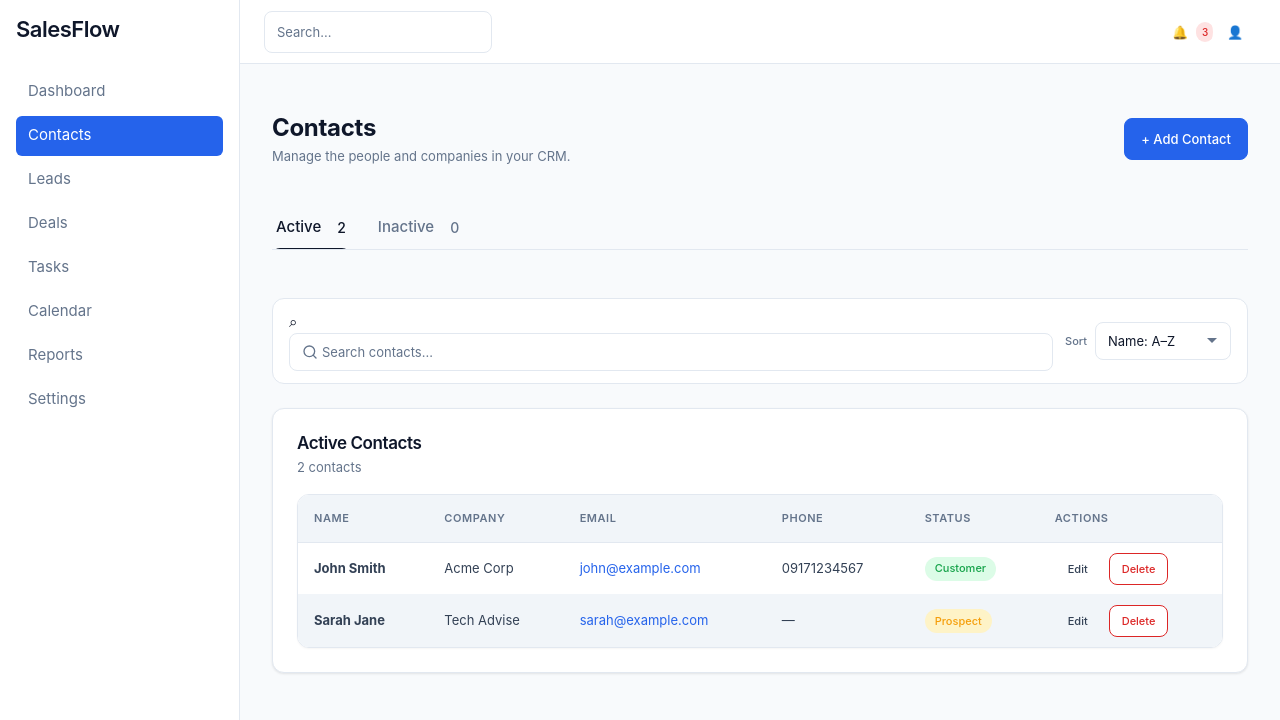
Repository: lawrencegonzaga-dev/salesflow-crm
Page: /contacts
These files come from the project's save history. The page is drawn as it stood at one moment and after the next save; the edit follows.
The browser window is 1280 px wide. The pictures show the whole page.
The project was rebuilt for these pictures with package versions that can differ from the ones it lists, and the page was loaded fresh each time. Also part of the build but not shown: vite.config.js, src/components/StatCard.jsx, src/components/DashboardLeads.jsx, src/components/DashboardDeals.jsx, src/components/DashboardTasks.jsx, src/components/RecentActivity.jsx, src/pages/Dashboard.jsx, src/components/ContactForm.jsx and 23 more.

Above is the page before, as saved 2026-08-18 16:22:51.

### index.html
<!doctype html>
<html lang="en">
  <head>
    <meta charset="UTF-8" />
    <link rel="icon" type="image/svg+xml" href="/favicon.svg" />
    <meta name="viewport" content="width=device-width, initial-scale=1.0" />
    <title>salesflow-crm</title>
  </head>
  <body>
    <div id="root"></div>
    <script type="module" src="/src/main.jsx"></script>
  </body>
</html>

### src/main.jsx
/* ========================================================= */
/* FILE: src/main.jsx */
/* ========================================================= */

import { StrictMode } from 'react';
import { createRoot } from 'react-dom/client';

import "./styles/main.css";
import App from './App.jsx';
import { CRMProvider } from "./context/CRMContext.jsx";

createRoot(document.getElementById('root')).render(
    <StrictMode>
        <CRMProvider>
            <App />
        </CRMProvider>
    </StrictMode>,
);

### src/styles/main.css
@import "./reset.css";
@import "./variables.css";
@import "./base.css";
@import "./layout.css";
@import "./utilities.css";

@import "./components/sidebar.css";
@import "./components/header.css";
@import "./components/toolbar.css";
@import "./components/button.css";
@import "./components/form.css";
@import "./components/card.css";
@import "./components/badge.css";
@import "./components/table.css";
@import "./components/modal.css";
@import "./components/kanban.css";
@import "./components/calendar.css";
@import "./components/leads.css";
@import "./components/tab.css";
@import "./components/pagination.css";
@import "./crm.css";

/* main.css */

### src/styles/reset.css
*,
*::before,
*::after {
  box-sizing: border-box;
}

html {
  -webkit-text-size-adjust: 100%;
}

body {
  margin: 0;
  background: var(--color-page);
  color: var(--color-text);
  font-family: var(--font-family);
  font-size: 16px;
  line-height: 1.5;

  -webkit-font-smoothing: antialiased;
  text-rendering: optimizeLegibility;
}

#root {
  min-height: 100vh;
}

h1, h2, h3, h4, h5, h6, p {
  margin: 0;
}

img, svg, video {
  display: block;
  max-width: 100%;
}

a {
  color: inherit;
}

### src/styles/utilities.css
.container {
  width: min(100%, var(--content-max-width));
  margin-inline: auto;
}

.visually-hidden {
  position: absolute;
  width: 1px;
  height: 1px;
  padding: 0;
  margin: -1px;
  overflow: hidden;
  clip: rect(0, 0, 0, 0);
  white-space: nowrap;
  border: 0;
}

### src/styles/components/sidebar.css
.app-sidebar {
  width: var(--sidebar-width);
  height: 100vh;

  padding: var(--sidebar-padding);

  display: flex;
  flex-direction: column;

  background: var(--color-surface);
  border-right: 1px solid var(--color-border);
  color: var(--color-text);
}

.app-sidebar h2 {
  margin: 0 0 28px;
  font-size: 22px;
  letter-spacing: -.5px;
}

.sidebar-nav {
  display: flex;
  flex-direction: column;
  gap: 4px;

  overflow-y: auto;
}

.sidebar-nav_item {
  min-height: var(--nav-item-height);

  display: flex;
  align-items: center;

  padding: var(--nav-item-padding);
  gap: var(--nav-item-gap);

  color: var(--color-text-muted);
  text-decoration: none;
  border-radius: var(--radius-sm);

  transition: background var(--transition-fast), color var(--transition-fast);
}

.sidebar-nav_item:hover {
  background: var(--color-surface-muted);
  color: var(--color-text);
}

.sidebar-nav_item.active {
  background: var(--color-action);
  color: white;
}

### src/styles/components/header.css
.app-header {
  height: var(--header-height);

  display: flex;
  align-items: center;
  justify-content: space-between;

  padding: var(--header-padding);

  background: var(--color-surface);
  border-bottom: 1px solid var(--color-border);
  color: var(--color-text);
}

.app-header_left,
.app-header_right {
  display: flex;
  align-items: center;
  gap: var(--header-item-gap);
}

.menu-button {
  display: none;
}

@media (max-width: 768px) {
  .app-header {
    padding: 0 16px;
  }

  .app-header_right {
    display: none;
  }

  .menu-button {
    display: inline-grid;
    width: 40px;
    height: 40px;
    place-items: center;
    padding: 0;
    font-size: 20px;
    border-radius: var(--radius-sm);
  }
}
/* header.css */

### src/styles/components/tab.css
.tabs {
    display: flex;
    gap: 24px;
    border-bottom: 1px solid var(--color-border);
    margin-bottom: 24px;
}

.tab {
    position: relative;

    padding: 12px 4px;

    border: 0;
    background: transparent;

    color: var(--color-text-muted);
    font: inherit;
    font-weight: 500;

    cursor: pointer;
}

.tab--active {
    color: var(--color-text);
}

.tab--active::after {
    content: "";

    position: absolute;
    left: 0;
    right: 0;
    bottom: -1px;

    height: 2px;

    background: currentColor;
}

.tab-count {
    margin-left: 8px;
    font-size: 0.875rem;
}

### src/styles/components/pagination.css
.pagination {
    display: flex;
    align-items: center;
    justify-content: space-between;

    padding: 16px 0 0;
    margin-top: 16px;

    border-top: 1px solid var(--color-border);
}

.pagination-pages {
    display: flex;
    gap: 4px;
}

.pagination-page {
    min-width: 36px;
    height: 36px;

    border: 1px solid var(--color-border);
    border-radius: var(--radius-md);

    background: transparent;

    cursor: pointer;
}

.pagination-page--active {
    background: var(--color-primary);
    color: white;
}

.pagination button:disabled {
    opacity: 0.5;
    cursor: not-allowed;
}

### src/pages/Contacts.jsx
/* ========================================================= */
/* FILE: src/pages/Contacts.jsx */
/* ========================================================= */

import { useEffect, useMemo, useState } from "react";
import ContactForm from "../components/ContactForm";
import ContactTable from "../components/ContactTable";
import { useCRM } from "../context/CRMContext";

const CONTACTS_PER_PAGE = 10;

function Contacts() {
    const { contacts, saveRecord, deleteRecord } = useCRM();

    const [editingContact, setEditingContact] = useState(null);
    const [searchTerm, setSearchTerm] = useState("");
    const [sortBy, setSortBy] = useState("name-asc");
    const [contactTab, setContactTab] = useState("active");
    const [showForm, setShowForm] = useState(false);
    const [currentPage, setCurrentPage] = useState(1);

    /*
     * =====================================================
     * CONTACT COUNTS
     * =====================================================
     */

    const activeCount = contacts.filter(
        (contact) => contact.status !== "Inactive"
    ).length;

    const inactiveCount = contacts.filter(
        (contact) => contact.status === "Inactive"
    ).length;

    /*
     * =====================================================
     * TAB DATA
     * =====================================================
     *
     * Active:
     * Prospect + Customer
     *
     * Inactive:
     * Inactive
     */

    const tabContacts = useMemo(() => {
        return contacts.filter((contact) => {
            if (contactTab === "inactive") {
                return contact.status === "Inactive";
            }

            return contact.status !== "Inactive";
        });
    }, [contacts, contactTab]);

    /*
     * =====================================================
     * SEARCH + SORT
     * =====================================================
     */

    const filteredContacts = useMemo(() => {
        const search = searchTerm.trim().toLowerCase();
        const [field, direction] = sortBy.split("-");

        return tabContacts
            .filter((contact) =>
                [
                    contact.name,
                    contact.company,
                    contact.email,
                    contact.phone,
                ].some((value) =>
                    String(value ?? "")
                        .toLowerCase()
                        .includes(search)
                )
            )
            .toSorted((first, second) => {
                const firstValue = String(
                    first[field] ?? ""
                );

                const secondValue = String(
                    second[field] ?? ""
                );

                const comparison =
                    firstValue.localeCompare(secondValue);

                return direction === "asc"
                    ? comparison
                    : -comparison;
            });
    }, [tabContacts, searchTerm, sortBy]);

    /*
     * =====================================================
     * PAGINATION
     * =====================================================
     */

    const totalPages = Math.ceil(
        filteredContacts.length / CONTACTS_PER_PAGE
    );

    const paginatedContacts = useMemo(() => {
        const startIndex =
            (currentPage - 1) * CONTACTS_PER_PAGE;

        return filteredContacts.slice(
            startIndex,
            startIndex + CONTACTS_PER_PAGE
        );
    }, [filteredContacts, currentPage]);

    /*
     * =====================================================
     * RESET PAGE
     * =====================================================
     *
     * If the user searches, sorts, or changes tabs,
     * go back to page 1.
     */

    useEffect(() => {
        setCurrentPage(1);
    }, [contactTab, searchTerm, sortBy]);

    /*
     * =====================================================
     * CONTACT ACTIONS
     * =====================================================
     */

    function saveContact(contact) {
        saveRecord("contacts", contact);

        setEditingContact(null);
        setShowForm(false);
    }

    function handleDeleteContact(id) {
        deleteRecord("contacts", id);
    }

    function handleEditContact(contact) {
        setEditingContact(contact);
        setShowForm(true);
    }

    function handleAddContact() {
        setEditingContact(null);
        setShowForm(true);
    }

    function handleCancelEdit() {
        setEditingContact(null);
        setShowForm(false);
    }

    /*
     * =====================================================
     * PAGE
     * =====================================================
     */

    return (
        <section className="page contacts-page">
            {/* ================================================= */}
            {/* PAGE HEADER */}
            {/* ================================================= */}

            <header className="page-header">
                <div>
                    <h1 className="page-title">
                        Contacts
                    </h1>

                    <p className="body-text">
                        Manage the people and companies in
                        your CRM.
                    </p>
                </div>

                <div className="page-actions">
                    <button
                        className="button button--primary"
                        type="button"
                        onClick={handleAddContact}
                    >
                        + Add Contact
                    </button>
                </div>
            </header>

            {/* ================================================= */}
            {/* CONTACT TABS */}
            {/* ================================================= */}

            <div className="tabs">
                <button
                    type="button"
                    className={`tab ${
                        contactTab === "active"
                            ? "tab--active"
                            : ""
                    }`}
                    onClick={() => setContactTab("active")}
                >
                    Active
                    <span className="tab-count">
                        {activeCount}
                    </span>
                </button>

                <button
                    type="button"
                    className={`tab ${
                        contactTab === "inactive"
                            ? "tab--active"
                            : ""
                    }`}
                    onClick={() =>
                        setContactTab("inactive")
                    }
                >
                    Inactive
                    <span className="tab-count">
                        {inactiveCount}
                    </span>
                </button>
            </div>

            {/* ================================================= */}
            {/* TOOLBAR */}
            {/* ================================================= */}

            <section className="toolbar">
                {/* SEARCH */}
                <div className="search-field">
                    <span
                        className="search-field__icon"
                        aria-hidden="true"
                    >
                        ⌕
                    </span>

                    <input
                        type="text"
                        placeholder="Search contacts..."
                        value={searchTerm}
                        onChange={(event) =>
                            setSearchTerm(
                                event.target.value
                            )
                        }
                    />
                </div>

                {/* SORT */}
                <div className="filter-group">
                    <label htmlFor="contact-sort">
                        Sort
                    </label>

                    <select
                        id="contact-sort"
                        value={sortBy}
                        onChange={(event) =>
                            setSortBy(event.target.value)
                        }
                    >
                        <option value="name-asc">
                            Name: A–Z
                        </option>

                        <option value="name-desc">
                            Name: Z–A
                        </option>

                        <option value="company-asc">
                            Company: A–Z
                        </option>

                        <option value="company-desc">
                            Company: Z–A
                        </option>
                    </select>
                </div>
            </section>

            {/* ================================================= */}
            {/* CONTACT TABLE */}
            {/* ================================================= */}

            <section className="card">
                <div className="card-header card-header--center">
                    <div>
                        <h2 className="card-title">
                            {contactTab === "active"
                                ? "Active Contacts"
                                : "Inactive Contacts"}
                        </h2>

                        <p className="card-subtitle">
                            {filteredContacts.length}{" "}
                            {filteredContacts.length === 1
                                ? "contact"
                                : "contacts"}
                        </p>
                    </div>
                </div>

                <ContactTable
                    contacts={paginatedContacts}
                    onDeleteContact={
                        handleDeleteContact
                    }
                    onEditContact={
                        handleEditContact
                    }
                />

                {/* ================================================= */}
                {/* PAGINATION */}
                {/* ================================================= */}

                {totalPages > 1 && (
                    <div className="pagination">
                        <button
                            type="button"
                            disabled={currentPage === 1}
                            onClick={() =>
                                setCurrentPage(
                                    (page) => page - 1
                                )
                            }
                        >
                            ← Previous
                        </button>

                        <div className="pagination-pages">
                            {Array.from(
                                {
                                    length: totalPages,
                                },
                                (_, index) => index + 1
                            ).map((page) => (
                                <button
                                    key={page}
                                    type="button"
                                    className={
                                        currentPage === page
                                            ? "pagination-page pagination-page--active"
                                            : "pagination-page"
                                    }
                                    onClick={() =>
                                        setCurrentPage(
                                            page
                                        )
                                    }
                                >
                                    {page}
                                </button>
                            ))}
                        </div>

                        <button
                            type="button"
                            disabled={
                                currentPage ===
                                totalPages
                            }
                            onClick={() =>
                                setCurrentPage(
                                    (page) => page + 1
                                )
                            }
                        >
                            Next →
                        </button>
                    </div>
                )}
            </section>

            {/* ================================================= */}
            {/* CONTACT MODAL */}
            {/* ================================================= */}

            {showForm && (
                <div
                    className="modal-overlay"
                    onMouseDown={(event) => {
                        if (
                            event.target ===
                            event.currentTarget
                        ) {
                            handleCancelEdit();
                        }
                    }}
                >
                    <section
                        className="modal"
                        role="dialog"
                        aria-modal="true"
                        aria-labelledby="contact-modal-title"
                    >
                        <div className="modal-header">
                            <div>
                                <h2
                                    id="contact-modal-title"
                                    className="card-title"
                                >
                                    {editingContact
                                        ? "Edit Contact"
                                        : "Add Contact"}
                                </h2>

                                <p className="body-text">
                                    Add or update contact
                                    information.
                                </p>
                            </div>

                            <button
                                type="button"
                                className="modal-close"
                                onClick={
                                    handleCancelEdit
                                }
                                aria-label="Close"
                            >
                                ×
                            </button>
                        </div>

                        <ContactForm
                            key={
                                editingContact?.id ??
                                "new"
                            }
                            editingContact={
                                editingContact
                            }
                            onAddContact={saveContact}
                            onUpdateContact={
                                saveContact
                            }
                            onCancelEdit={
                                handleCancelEdit
                            }
                        />
                    </section>
                </div>
            )}
        </section>
    );
}

export default Contacts;

### src/layouts/AppLayout.jsx
/* ========================================================= */
/* FILE: src/layouts/AppLayout.jsx */
/* ========================================================= */

import { useState } from "react";
import { Outlet } from "react-router-dom";

import Sidebar from "../components/Sidebar";
import Header from "../components/Header";

function AppLayout() {
    const [isNavigationOpen, setIsNavigationOpen] = useState(false);

    return (
        <div className="app-layout">
            <Sidebar
                isOpen={isNavigationOpen}
                onNavigate={() => setIsNavigationOpen(false)}
            />

            <Header
                isNavigationOpen={isNavigationOpen}
                onMenuToggle={() => setIsNavigationOpen((isOpen) => !isOpen)}
            />

            <main className="app-main">
                <div className="app-main-content">
                    <Outlet />
                </div>
            </main>

            {isNavigationOpen && (
                <button
                    className="navigation-backdrop"
                    type="button"
                    aria-label="Close navigation"
                    onClick={() => setIsNavigationOpen(false)}
                />
            )}
        </div>
    );
}

export default AppLayout;

### src/components/Sidebar.jsx
import { NavLink } from "react-router-dom";
import navigation from "../data/navigation";

function Sidebar({ isOpen, onNavigate }) {
    return (
        <aside className={`app-sidebar ${isOpen ? "app-sidebar--open" : ""}`}>
            <h2>SalesFlow</h2>

            <nav className="sidebar-nav">
                {navigation.map((item) => (
                    <NavLink
                        key={item.path}
                        to={item.path}
                        className="sidebar-nav_item"
                        onClick={onNavigate}
                    >
                        {item.label}
                    </NavLink>
                ))}
            </nav>
        </aside>
    );
}

export default Sidebar;

Loaded but not shown: src/data/navigation.js (48 lines, source omitted); src/styles/crm.css (441 lines, source omitted); src/context/CRMContext.jsx (129 lines, source omitted); src/styles/variables.css (230 lines, source omitted); src/styles/components/modal.css (221 lines, source omitted); src/styles/components/form.css (194 lines, source omitted); src/styles/layout.css (206 lines, source omitted); src/styles/components/button.css (158 lines, source omitted); src/styles/components/table.css (162 lines, source omitted); src/styles/base.css (167 lines, source omitted); src/styles/components/card.css (154 lines, source omitted); src/styles/components/calendar.css (148 lines, source omitted); src/styles/components/kanban.css (153 lines, source omitted); src/styles/components/toolbar.css (127 lines, source omitted); src/styles/components/badge.css (120 lines, source omitted); src/components/ContactRow.jsx (58 lines, source omitted); src/styles/components/leads.css (91 lines, source omitted); src/components/Header.jsx (47 lines, source omitted); src/components/ContactTable.jsx (52 lines, source omitted); src/App.jsx (37 lines, source omitted)

After the next save:
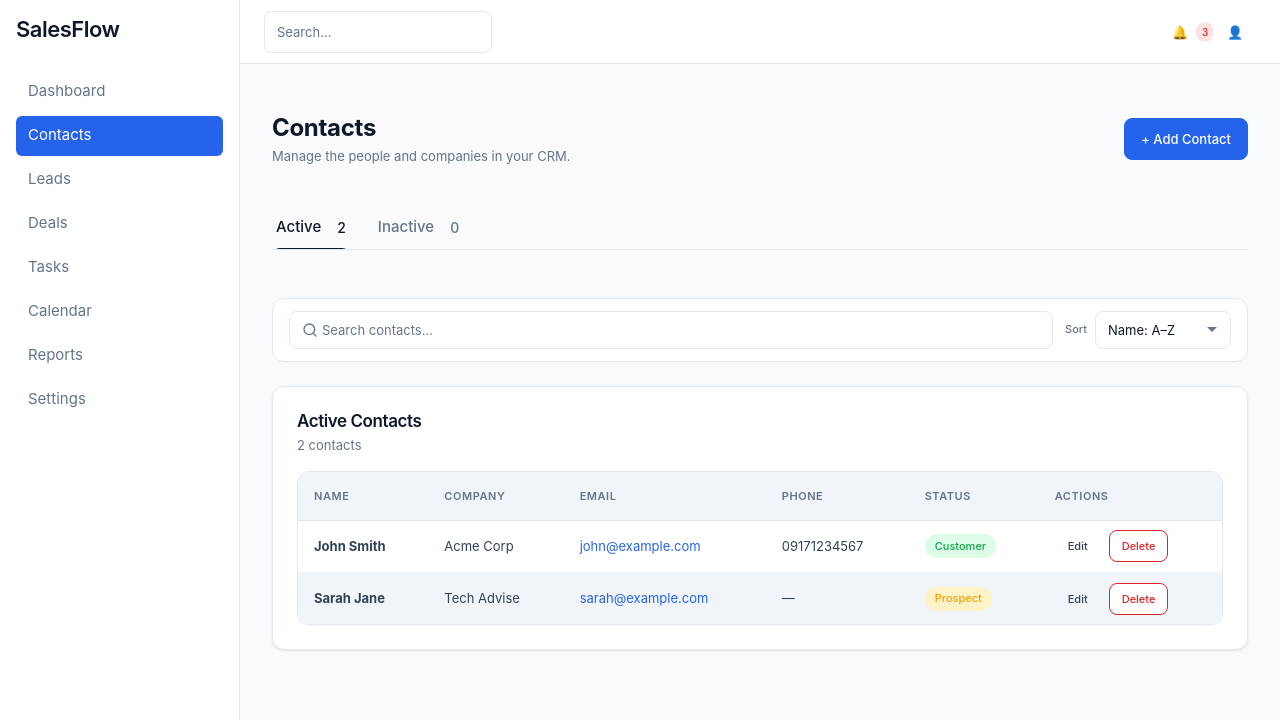
Saved 33 s later.
--- a/src/pages/Contacts.jsx
+++ b/src/pages/Contacts.jsx
@@ -241,13 +241,6 @@ function Contacts() {
             <section className="toolbar">
                 {/* SEARCH */}
                 <div className="search-field">
-                    <span
-                        className="search-field__icon"
-                        aria-hidden="true"
-                    >
-                        ⌕
-                    </span>
-
                     <input
                         type="text"
                         placeholder="Search contacts..."
